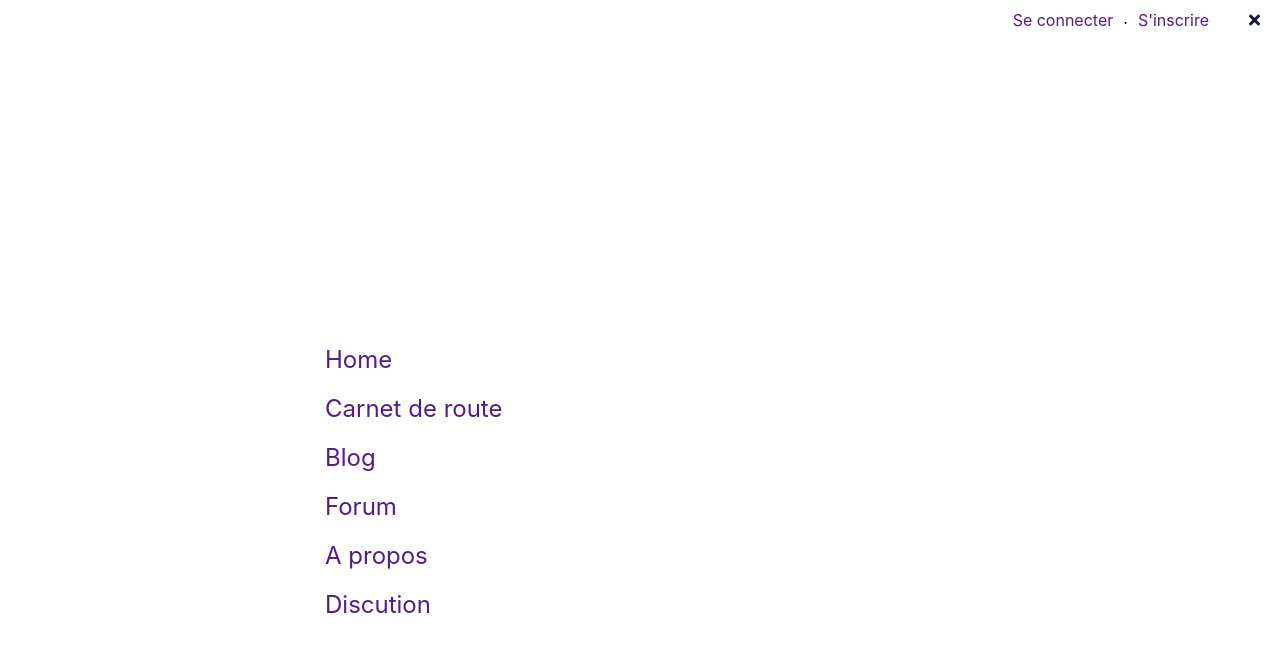
Repository: ypiard85/korean-place
Page: templates/home/index.html.twig
The author's editor kept a copy of each file at every save. The page is drawn from the files as they stood at one save, then again after the next save.
The browser window is 1280 px wide. The pictures show the whole page.
Some web libraries are served in a nearby version. The page is a Twig template of a Symfony application; nobody is signed in and links lead nowhere. The template is opened directly, without the code that normally fills it, so the values that code supplies are empty.

Above is the page before, as saved 2021-02-10 23:29:13.

### templates/home/index.html.twig
{% extends 'base.html.twig' %}
{% block title %}Korean Titile site{% endblock %}



{% block body %}

{% endblock %}




{% block javascriptsfooter %}
    <script type="text/javascript"></script>
{% endblock %}

### templates/base.html.twig
<!DOCTYPE html>
<html>
    <head>
        <meta charset="UTF-8">
        <title>{% block title %}Welcome !{% endblock %}</title>
        {% block stylesheets %}{% endblock %}
        <!-- CSS only -->
            <link rel="stylesheet" href=" {{ asset('css/style.css') }} ">
            <link rel="stylesheet" href="https://use.fontawesome.com/releases/v5.15.2/css/all.css" integrity="sha384-vSIIfh2YWi9wW0r9iZe7RJPrKwp6bG+s9QZMoITbCckVJqGCCRhc+ccxNcdpHuYu" crossorigin="anonymous">
            <!--<link href="https://cdn.jsdelivr.net/npm/bootstrap@5.0.0-beta1/dist/css/bootstrap.min.css" rel="stylesheet" integrity="sha384-giJF6kkoqNQ00vy+HMDP7azOuL0xtbfIcaT9wjKHr8RbDVddVHyTfAAsrekwKmP1" crossorigin="anonymous">-->

        {% block javascripts %}{% endblock %}
    </head>
    <body>
        <div class="wrapper">
            <nav class="nav">
                <div class="nav_left">
                    <ul>
                        <li class="home"><a href=""><i class="fas fa-home"></i></a></li>
                        <li class="carnet"><a href="">Carnet de route</a></li>
                        <li class="blog"><a href="">Blog</a></li>
                        <li class="forum"><a href="">Forum</a></li>
                        <li class="about"><a href="">A propos</a></li>
                        <li class="discussion"><a href="">Discussions</a></li>
                    </ul>
                </div>
                <div class="nav_right">
                    <ul>
                        <li class="login"><a href="">Se connecter</a></li>
                        <li class="text_muted">.</li>
                        <li class="register"><a href="">S'inscrire</a></li>
                        <li class="burger"><i class="fas fa-bars"></i></li>
                    </ul>
                </div>
            </nav>

            <div class="nav_mobile">
                <div class="mobile_header">
                    <ul>
                        <li><a href="">Se connecter</a></li>
                        <li class="text_muted">.</li>
                        <li><a href="">S'inscrire</a></li>
                        <li class="close"><i class="fas fa-times"></i></li>
                    </ul>
                </div>
                <div class="mobile_link">
                    <ul>
                        <li><a href="">Home</a></li>
                        <li><a href="">Carnet de route</a></li>
                        <li><a href="">Blog</a></li>
                        <li><a href="">Forum</a></li>
                        <li><a href="">A propos</a></li>
                        <li><a href="">Discution</a></li>
                    </ul>
                </div>
            </div>

            {% block body %}{% endblock %}
        </div>


        {% block javascriptsfooter %}{% endblock %}
        <script src="https://cdn.jsdelivr.net/npm/bootstrap@5.0.0-beta1/dist/js/bootstrap.bundle.min.js" integrity="sha384-ygbV9kiqUc6oa4msXn9868pTtWMgiQaeYH7/t7LECLbyPA2x65Kgf80OJFdroafW" crossorigin="anonymous"></script>
        <script src="https://cdn.jsdelivr.net/npm/@popperjs/core@2.5.4/dist/umd/popper.min.js" integrity="sha384-q2kxQ16AaE6UbzuKqyBE9/u/KzioAlnx2maXQHiDX9d4/zp8Ok3f+M7DPm+Ib6IU" crossorigin="anonymous"></script>
        <script src="https://cdn.jsdelivr.net/npm/bootstrap@5.0.0-beta1/dist/js/bootstrap.min.js" integrity="sha384-pQQkAEnwaBkjpqZ8RU1fF1AKtTcHJwFl3pblpTlHXybJjHpMYo79HY3hIi4NKxyj" crossorigin="anonymous"></script>
    </body>
</html>

### public/css/style.css
:root{
    --border-light: rgb(197, 195, 195);
    --text-blue-dark: rgb(23, 23, 71);
    --text-blue-dark-hover: rgb(216, 216, 216);
}

body{
    font-family: -apple-system, BlinkMacSystemFont, 'Segoe UI', Roboto, Oxygen, Ubuntu, Cantarell, 'Open Sans', 'Helvetica Neue', sans-serif;
}

*{
    margin: 0;
    padding: 0;
    box-sizing: border-box;
    transition: 0.3s;
}

/*RESET*/

a{
    text-decoration: none!important;
}

ul{
    list-style: none;
}

.wrapper{
    width: 85%;
    margin: auto;
    max-width: 100%;
}

.text_muted{
    margin-top: -5px;
}


/*NAV*/

.nav{
    border-bottom: 1px solid var(--border-light);
    display: flex;
    justify-content: space-between;
    align-items: center;
    padding: 15px 0;
    margin-top: 20px;
}

.nav a, i {
    color: var(--text-blue-dark);
    font-weight: 600;
}

.nav a:hover, .mobile_link a:hover, .mobile_header a:hover{
    color: var(--text-blue-dark-hover);
}

.login{
    border-left: 1px solid var(--border-light);
    padding-left: 10px;
}

.home{
    border-right: 1px solid var(--border-light);
    padding-right: 10px;
}

.burger, .close{
    cursor: pointer;
}

.nav_left > ul, .nav_right > ul{
    display: flex;
}

.nav_left > ul > li{
    margin-right: 20px;
}

.nav_right > ul > li{
    margin-left: 20px;
}

/*NAV MOBILE*/

.nav_mobile{
    top: 0;
    bottom: 0;
    left:0;
    right: 0;
    position: fixed;
    background: white;
    padding: 10px;
}

.mobile_header > ul{
    display: flex;
    justify-content: flex-end;
    align-items: center;
}

.mobile_header > ul > li {
    margin-right: 10px;
}

.close > i{
    margin-left: 30px;
}

.mobile_link ul{
    display: grid;
    grid-gap: 20px;
    padding: 25% 25%;
}

.mobile_link > ul > li > a{
    font-size: 1.5rem;
}

@media screen and (max-width: 800px){
    .login, .register{
        display: none;
    }
}

@media screen and (max-width: 585px){
    .discussion{
        display: none;
    }
}

@media screen and (max-width: 585px){
    .about{
        display: none;
    }
}

@media screen and (max-width: 400px){
    .forum{
        display: none;
    }
}


@media screen and (max-width: 950px){
    .wrapper{
        width: 100%;
        padding: 0 20px;
    }
}

@media screen and (min-width: 800px){
    .burger{
        display: none;
    }
}

After the next save:
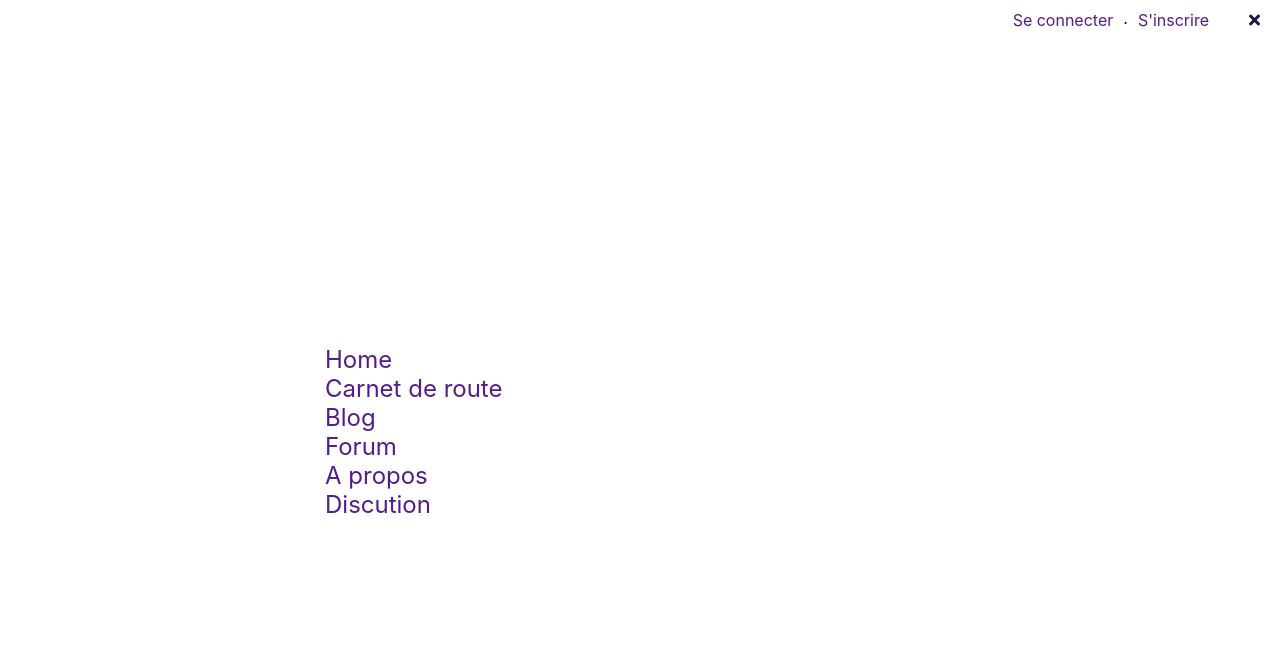
Saved 2 min 17 s later.
--- a/public/css/style.css
+++ b/public/css/style.css
@@ -109,8 +109,7 @@
 }
 
 .mobile_link ul{
-    display: grid;
-    grid-gap: 20px;
+
     padding: 25% 25%;
 }
 

After the save that followed:
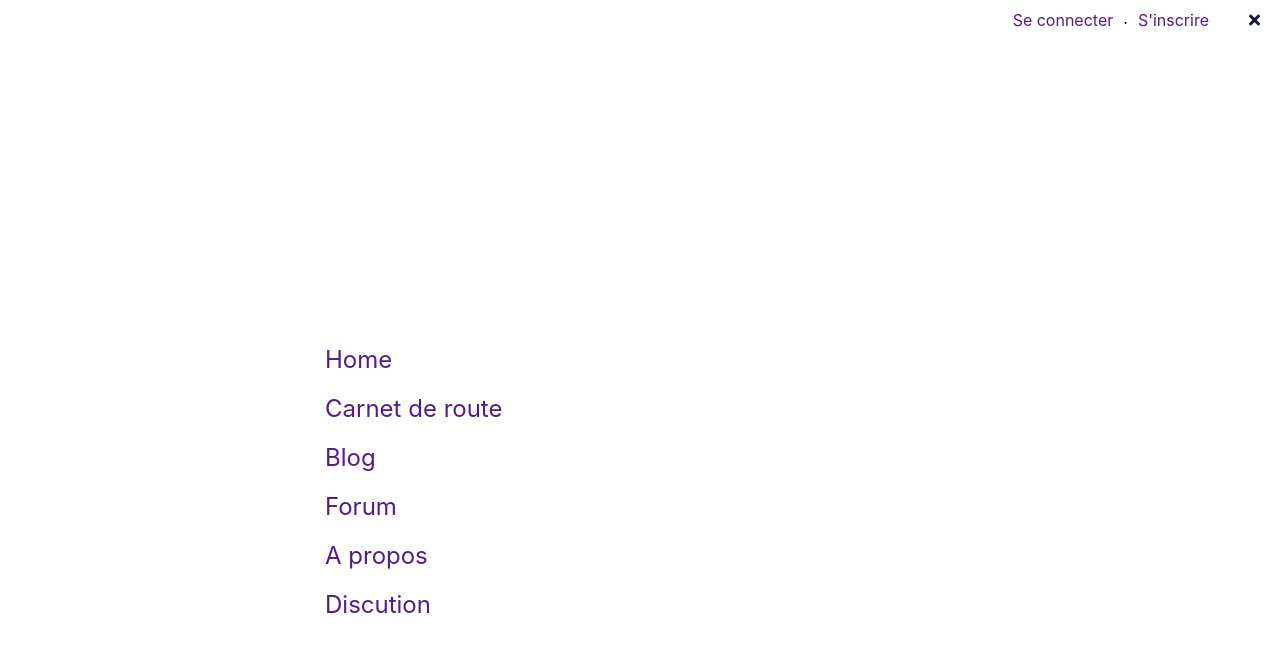
Saved 32 s later.
--- a/public/css/style.css
+++ b/public/css/style.css
@@ -109,7 +109,8 @@
 }
 
 .mobile_link ul{
-
+    display: grid;
+    grid-gap: 20px;
     padding: 25% 25%;
 }
 
